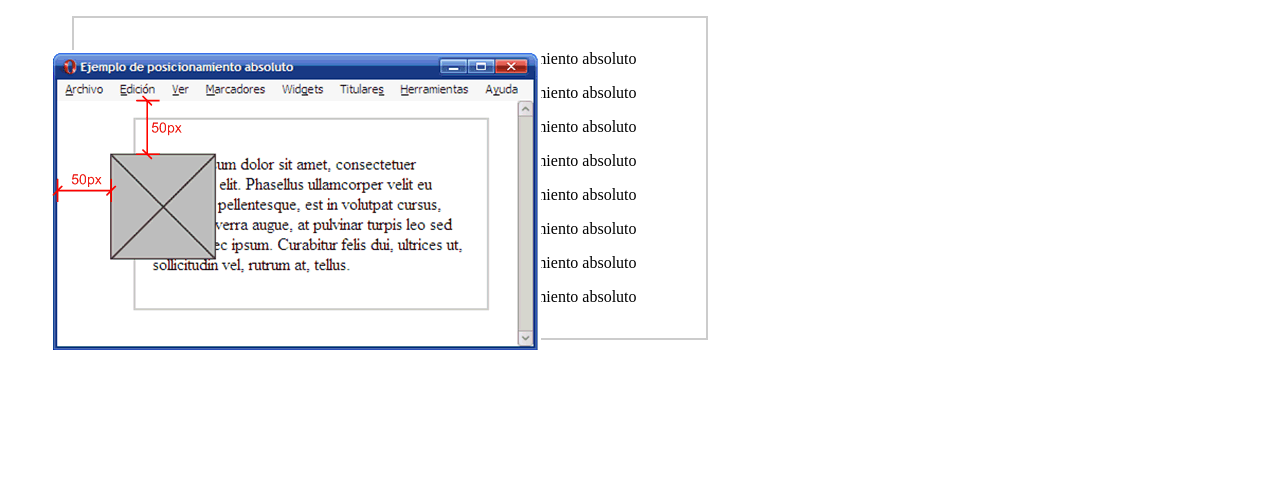
Repository: antonio63j/misNotas
Page: software/CSS/Demos/aptana_proyect/src/absoluto2.html
The author's editor kept a copy of each file at every save. The page is drawn from the files as they stood at one save, then again after the next save.
The browser window is 1280 px wide. The pictures show the whole page.

Above is the page before, as saved 2017-04-23 20:18:30.

### software/CSS/Demos/aptana_proyect/src/absoluto2.html
<!DOCTYPE html>
<html>
<head>
	    <meta http-equiv="Content-Type" content="text/html;charset=utf-8" />
<style>


div {
  border: 2px solid #CCC;
  padding: 1em;
  margin: 1em 0 1em 4em;
  width: 600px;
}

div img {
  position: absolute;
  top:  50px;
  left: 50px;
}

</style>
</head>



<body>

<div>
  <img src="img/imagen-absoluto2.gif" alt="Imagen genérica" />
  <p>Esto es con posicionamiento absoluto, la caja div img tiene posicionamiento absoluto </p>
  <p>Esto es con posicionamiento absoluto, la caja div img tiene posicionamiento absoluto </p>
  <p>Esto es con posicionamiento absoluto, la caja div img tiene posicionamiento absoluto </p>
  <p>Esto es con posicionamiento absoluto, la caja div img tiene posicionamiento absoluto </p>
  <p>Esto es con posicionamiento absoluto, la caja div img tiene posicionamiento absoluto </p>
  <p>Esto es con posicionamiento absoluto, la caja div img tiene posicionamiento absoluto </p>
  <p>Esto es con posicionamiento absoluto, la caja div img tiene posicionamiento absoluto </p>
  <p>Esto es con posicionamiento absoluto, la caja div img tiene posicionamiento absoluto </p>


</div>



</body>

</html>

After the next save:
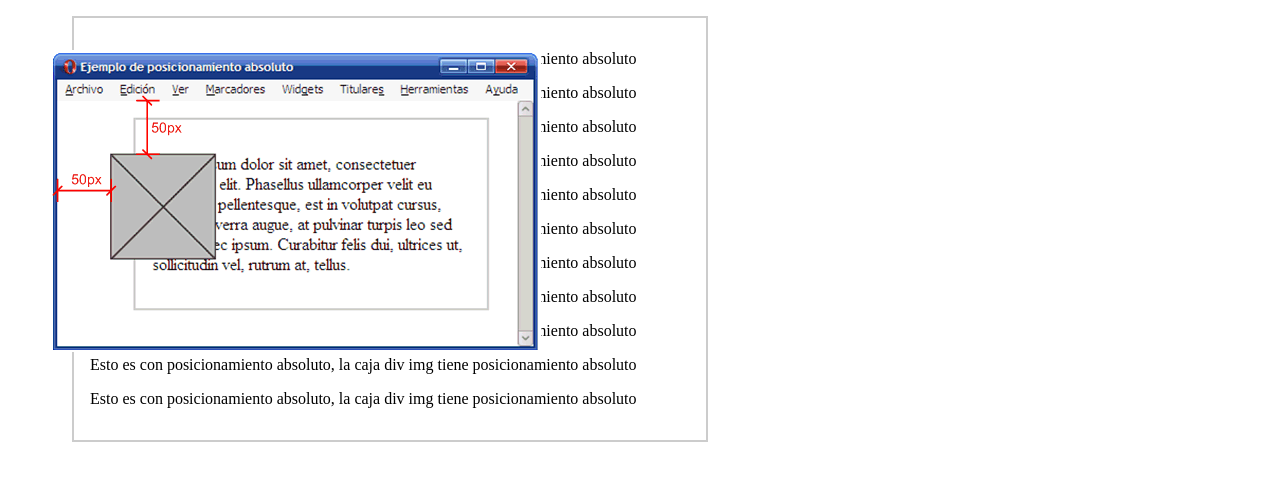
Saved 24 s later.
--- a/software/CSS/Demos/aptana_proyect/src/absoluto2.html
+++ b/software/CSS/Demos/aptana_proyect/src/absoluto2.html
@@ -35,8 +35,9 @@ div img {
   <p>Esto es con posicionamiento absoluto, la caja div img tiene posicionamiento absoluto </p>
   <p>Esto es con posicionamiento absoluto, la caja div img tiene posicionamiento absoluto </p>
   <p>Esto es con posicionamiento absoluto, la caja div img tiene posicionamiento absoluto </p>
-
-
+  <p>Esto es con posicionamiento absoluto, la caja div img tiene posicionamiento absoluto </p>
+  <p>Esto es con posicionamiento absoluto, la caja div img tiene posicionamiento absoluto </p>
+  <p>Esto es con posicionamiento absoluto, la caja div img tiene posicionamiento absoluto </p>
 </div>
 
 
